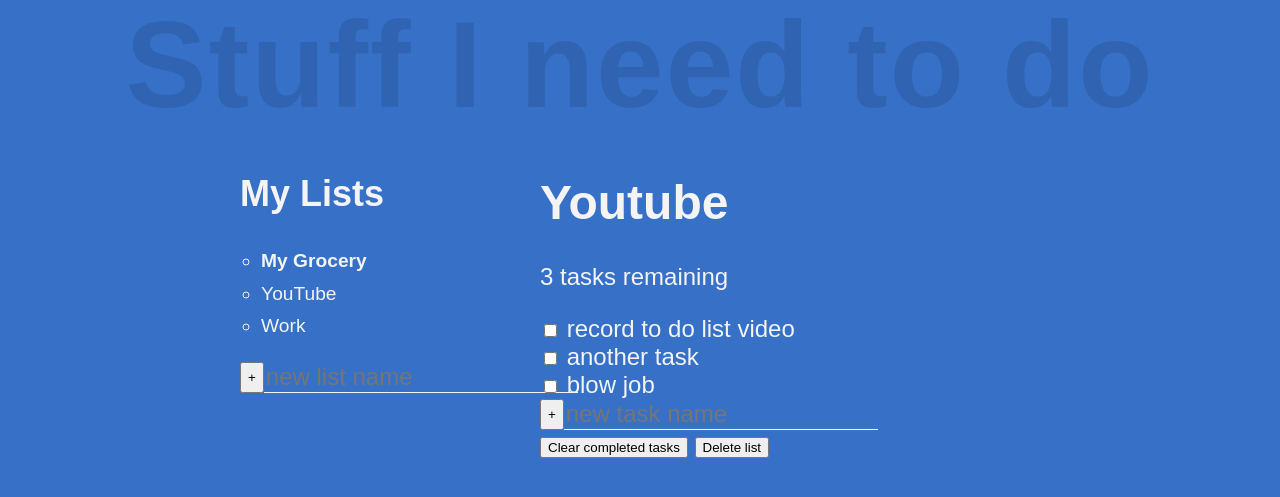
Repository: MohammadMazloum123/To-Do-List-App-
Page: index.html
An editor plug-in stored every save of this project. The page is shown before and after a run of saves, followed by the edit.
The browser window is 1280 px wide. The pictures show the whole page.

Above is the page before, as saved 2024-02-15 12:45:58.

After the next 2 saves:
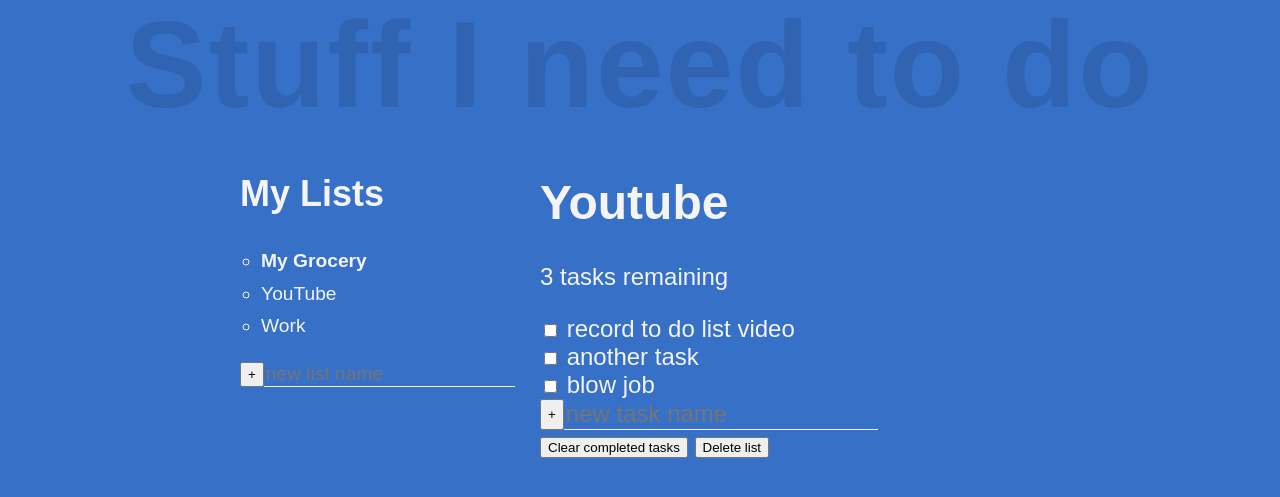
The 2 saves are shown as one change because they came seconds apart.
The last was saved 35 s later.
--- a/styles.css
+++ b/styles.css
@@ -58,6 +58,9 @@ form{
 .active-list{
     font-weight: 700;
 }
+.new.list{
+    font-size: 1.2rem;
+}
 .all-tasks{
     grid-area: lists;
 }
